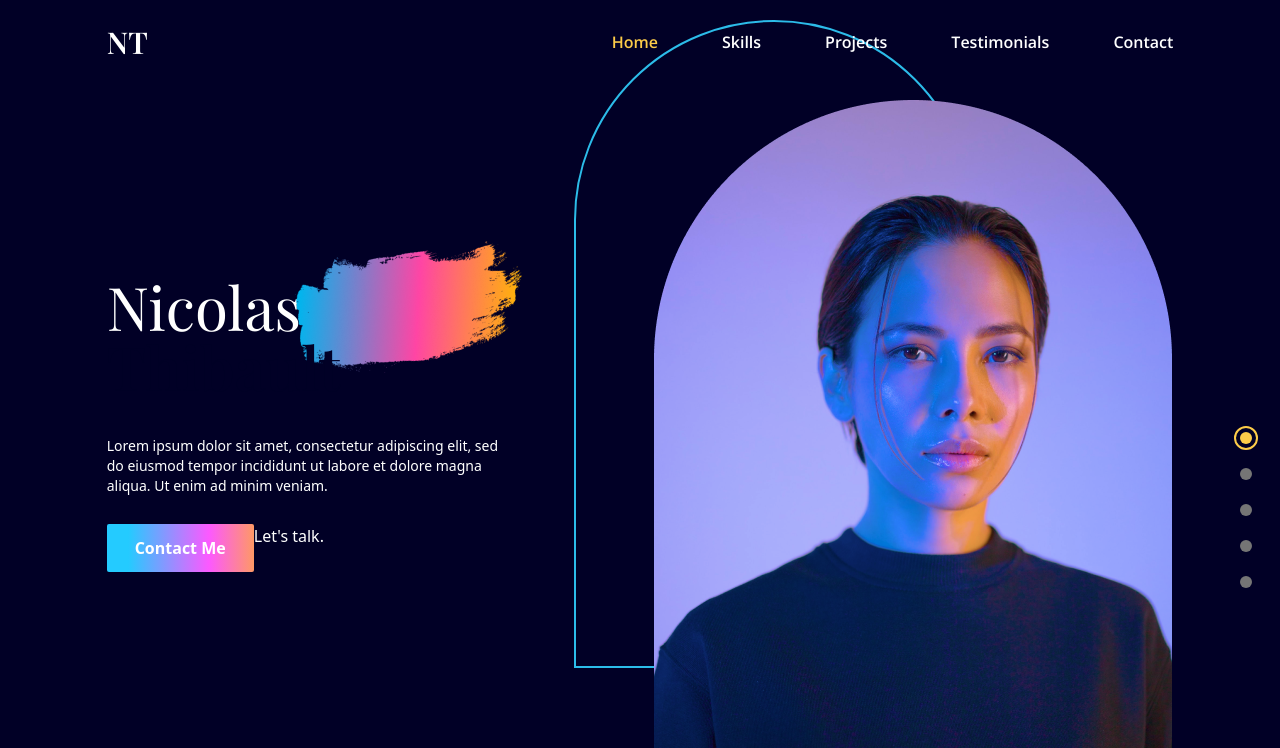
Repository: thibaultNicolas/portfolio-react
Page: /
These files come from the project's save history. The page is drawn as it stood at one moment and after a run of saves; the edit follows.
The browser window is 1280 px wide. The pictures show the whole page.
The project was rebuilt for these pictures with package versions that can differ from the ones it lists, and the page was loaded fresh each time. Also part of the build but not shown: next.config.ts.

Above is the page before, as saved 2023-01-08 10:49:14.

### public/index.html
<!DOCTYPE html>
<html lang="en">

<head>
  <meta charset="utf-8" />
  <link rel="icon" href="%PUBLIC_URL%/favicon.ico" />
  <meta name="viewport" content="width=device-width, initial-scale=1" />
  <meta name="theme-color" content="#000000" />
  <meta name="description" content="Web site created using create-react-app" />
  <link rel="apple-touch-icon" href="%PUBLIC_URL%/logo192.png" />
  <!--
      manifest.json provides metadata used when your web app is installed on a
      user's mobile device or desktop. See https://developers.google.com/web/fundamentals/web-app-manifest/
    -->
  <link rel="manifest" href="%PUBLIC_URL%/manifest.json" />
  <!--
      Notice the use of %PUBLIC_URL% in the tags above.
      It will be replaced with the URL of the `public` folder during the build.
      Only files inside the `public` folder can be referenced from the HTML.

      Unlike "/favicon.ico" or "favicon.ico", "%PUBLIC_URL%/favicon.ico" will
      work correctly both with client-side routing and a non-root public URL.
      Learn how to configure a non-root public URL by running `npm run build`.
    -->
  <title>React App</title>
  <link href="/public/output.css" rel="stylesheet">
</head>

<body>
  <noscript>You need to enable JavaScript to run this app.</noscript>
  <div id="root"></div>
  <!--
      This HTML file is a template.
      If you open it directly in the browser, you will see an empty page.

      You can add webfonts, meta tags, or analytics to this file.
      The build step will place the bundled scripts into the <body> tag.

      To begin the development, run `npm start` or `yarn start`.
      To create a production bundle, use `npm run build` or `yarn build`.
    -->
</body>

</html>

### src/index.css
@import url('https://fonts.googleapis.com/css2?family=Open+Sans:wght@400;600&family=Playfair+Display:wght@400;600&display=swap');

@tailwind base;
@tailwind components;
@tailwind utilities;

html,
body,
#root,
.app{
    height: 100%;
    background-color: #010026;
    @apply text-white;
}

### src/scenes/Navbar.jsx
import { useState } from 'react';
import AnchorLink from 'react-anchor-link-smooth-scroll';
import useMediaQuery from '../hooks/useMediaQuery';

const Link = ({ page, selectedPage, setSelectedPage }) => {
    const lowerCasePage = page.toLowerCase();
    return (
        <AnchorLink
            className={`${selectedPage === lowerCasePage ? 'text-yellow' : ''}
            hover:text-yellow transition duration-500`}
            href={`#${lowerCasePage}`}
            onClick={() => setSelectedPage(lowerCasePage)}
        >
            {page}
        </AnchorLink>
    );
};

const Navbar = ({ isTopOfPage, selectedPage, setSelectedPage }) => {
    const [isMenuToggled, setIsMenuToggled] = useState(false);
    const isAboveSmallScreens = useMediaQuery('(min-width:768px)');
    const navbarBackground = isTopOfPage ? "" : "bg-red";

    return (
        <nav className={`${navbarBackground} z-40 w-full fixed top-0 py-6`}>
            <div className="flex items-center justify-between mx-auto w-5/6">
                <h4 className="font-playfair text-3xl font-bold">NT</h4>

                {/* DESKTOP NAV */}
                {isAboveSmallScreens ? (
                    <div className="flex justify-between gap-16 font-openSans txt-sm font-semibold">
                        <Link
                            page="Home"
                            selectedPage={selectedPage}
                            setSelectedPage={setSelectedPage}
                        />
                        <Link
                            page="Skills"
                            selectedPage={selectedPage}
                            setSelectedPage={setSelectedPage}
                        />
                        <Link
                            page="Projects"
                            selectedPage={selectedPage}
                            setSelectedPage={setSelectedPage}
                        />
                        <Link
                            page="Testimonials"
                            selectedPage={selectedPage}
                            setSelectedPage={setSelectedPage}
                        />
                        <Link
                            page="Contact"
                            selectedPage={selectedPage}
                            setSelectedPage={setSelectedPage}
                        />
                    </div>
                ) : (
                    <button
                        className="rounded-full bg-red p-2"
                        onClick={() => setIsMenuToggled(!isMenuToggled)}
                    >
                        <img src="../assets/menu-icon.svg" alt="menu-icon" />
                    </button>
                )}

                {/* MOBILE MENU POPUP */}
                {!isAboveSmallScreens && isMenuToggled && (
                    <div className="fixed right-0 bottom-0 h-full bg-blue w-[300px]">
                        {/* CLOSE ICON */}
                        <div className="flex justify-end p-12">
                            <button
                                onClick={() => setIsMenuToggled(!isMenuToggled)}
                            >
                                <img
                                    src="../assets/close-icon.svg"
                                    alt="close-icon"
                                />
                            </button>
                        </div>
                        {/* MENU ITEMS */}
                        <div className="flex flex-col gap-10 ml-[33%] text-2xl text-deep-blue">
                            <Link
                                page="Home"
                                selectedPage={selectedPage}
                                setSelectedPage={setSelectedPage}
                            />
                            <Link
                                page="Skills"
                                selectedPage={selectedPage}
                                setSelectedPage={setSelectedPage}
                            />
                            <Link
                                page="Projects"
                                selectedPage={selectedPage}
                                setSelectedPage={setSelectedPage}
                            />
                            <Link
                                page="Testimonials"
                                selectedPage={selectedPage}
                                setSelectedPage={setSelectedPage}
                            />
                            <Link
                                page="Contact"
                                selectedPage={selectedPage}
                                setSelectedPage={setSelectedPage}
                            />
                        </div>
                    </div>
                )}
            </div>
        </nav>
    );
};

export default Navbar;

### src/scenes/DotGroup.jsx
import AnchorLink from 'react-anchor-link-smooth-scroll';
const DotGroup = ({ selectedPage, setSelectedPage }) => {
    const selectedStyles = `relative bg-yellow before:absolute before:w-6 before:h-6
    before:rounded-full before:border-2 before:border-yellow before:left-[-50%]
    before:top-[-50%]`;
    return (
        <div className="flex flex-col gap-6 fixed top-[60%] right-7">
            <AnchorLink
                className={`${selectedPage === 'home' ? selectedStyles : 'bg-dark-grey'}
            w-3 h-3 rounded-full`}
                href="#home"
                onClick={() => setSelectedPage('home')}
            />
            <AnchorLink
                className={`${selectedPage === 'skills' ? selectedStyles : 'bg-dark-grey'}
            w-3 h-3 rounded-full`}
                href="#skills"
                onClick={() => setSelectedPage('skills')}
            />
            <AnchorLink
                className={`${selectedPage === 'projects' ? selectedStyles : 'bg-dark-grey'}
            w-3 h-3 rounded-full`}
                href="#projects"
                onClick={() => setSelectedPage('projects')}
            />
            <AnchorLink
                className={`${selectedPage === 'testimonials' ? selectedStyles : 'bg-dark-grey'}
            w-3 h-3 rounded-full`}
                href="#testimonials"
                onClick={() => setSelectedPage('testimonials')}
            />
            <AnchorLink
                className={`${selectedPage === 'contact' ? selectedStyles : 'bg-dark-grey'}
            w-3 h-3 rounded-full`}
                href="#contact"
                onClick={() => setSelectedPage('contact')}
            />
        </div>
    );
};
export default DotGroup;

### src/scenes/Landing.jsx
import useMediaQuery from '../hooks/useMediaQuery';
import { motion } from 'framer-motion';
import AnchorLink from 'react-anchor-link-smooth-scroll';

const Landing = ({ setSelectedPage }) => {
    const isAboveMediumScreens = useMediaQuery('(min-width:1060px)');

    return (
        <section
            id="home"
            className="md:flex md:justify-between md:items-center md:h-full gap-16 py-10"
        >
            {/* IMAGE SECTION */}
            <div className="md:order-2 flex justify-center basis-3/5 z-10 mt-16 md:mt-32">
                {isAboveMediumScreens ? (
                    <div className="relative z-0 ml-20 before:absolute before:-top-20 before:-left-20 before:rounded-t-[400px] before:w-full before:max-w-[400px] before:h-full before:border-2 before:border-blue before:z-[-1]">
                        <img
                            src="assets/profile-image.png"
                            alt="profile"
                            className="hover:filter hover:saturate-200 transition duration-500 z-10 w-full max-w-[400px] md:max-w-[600px]"
                        />
                    </div>
                ) : (
                    <img
                        src="assets/profile-image.png"
                        alt="profile"
                        className="hover:filter hover:saturate-200 transition duration-500 z-10 w-full max-w-[400px] md:max-w-[600px]"
                    />
                )}
            </div>

            {/* MAIN SECTION */}
            <div className="z-30 basis-2/5 mt-12 md:mt-32">
                {/* HEADING SECTION */}
                <motion.div
                    initial="hidden"
                    whileInView="visible"
                    viewport={{ once: true, amount: 0.5 }}
                    transition={{ duration: 0.5 }}
                    variants={{
                        hidden: { opacity: 0, x: -50 },
                        visible: { opacity: 1, x: 0 },
                    }}
                >
                    <p className="text-6xl font-playfair z-10 text-center md:text-start">
                        Nicolas {''}
                        <span
                            className="xs:relative xs:text-deep-blue xs:font-semibold z-20
                        xs:before:content-brush before:absolute before:-left-[25px] before:-top-[70px] before:z-[-1]
                        "
                        >
                            Thibault
                        </span>
                    </p>
                    <p className="mt-10 mb-7 text-sm text-center md:text-start">
                        Lorem ipsum dolor sit amet, consectetur adipiscing elit,
                        sed do eiusmod tempor incididunt ut labore et dolore
                        magna aliqua. Ut enim ad minim veniam.
                    </p>
                </motion.div>

                {/* CALL TO ACTION */}
                <motion.div
                    className='flex mt-5 justify-center md:justify-start'
                    initial="hidden"
                    whileInView="visible"
                    viewport={{ once: true, amount: 0.5 }}
                    transition={{ delay:0.2, duration: 0.5 }}
                    variants={{
                        hidden: { opacity: 0, x: -50 },
                        visible: { opacity: 1, x: 0 },
                    }}
                >
                    <AnchorLink
                    className='bg-gradient-rainblue txt-deep-blue rounded-sm py-3 px-7 font-semibold hover:bg-blue hover:text-white transition duration-500'
                    onClick={()=> setSelectedPage("contact")}
                    href="#contact">
                        Contact Me
                    </AnchorLink>

                    <AnchorLink
                    className='rounded-r-sm'
                    onClick={()=> setSelectedPage("contact")}
                    href="#contact">
                        <div>
                            Let's talk.
                        </div>
                    </AnchorLink>
                </motion.div>
            </div>
        </section>
    );
};
export default Landing;

### src/hooks/useMediaQuery.jsx
import { useState, useEffect } from 'react';

const useMediaQuery = (query) => {
    const [matches, setMatches] = useState(false);

    useEffect(() => {
        const media = window.matchMedia(query);
        if (media.matches !== matches) {
            setMatches(media.matches);
        }
        const listener = () => setMatches(media.matches);
        window.addEventListener('resize', listener);
        return () => window.removeEventListener('resize', listener);
    }, [matches, query]);

    return matches;
};

export default useMediaQuery;

Loaded but not shown: src/index.js (common file); src/App.js (37 lines, source omitted); tailwind.config.js (41 lines, source omitted); public/output.css (740 lines, source omitted)

After the next 7 saves:
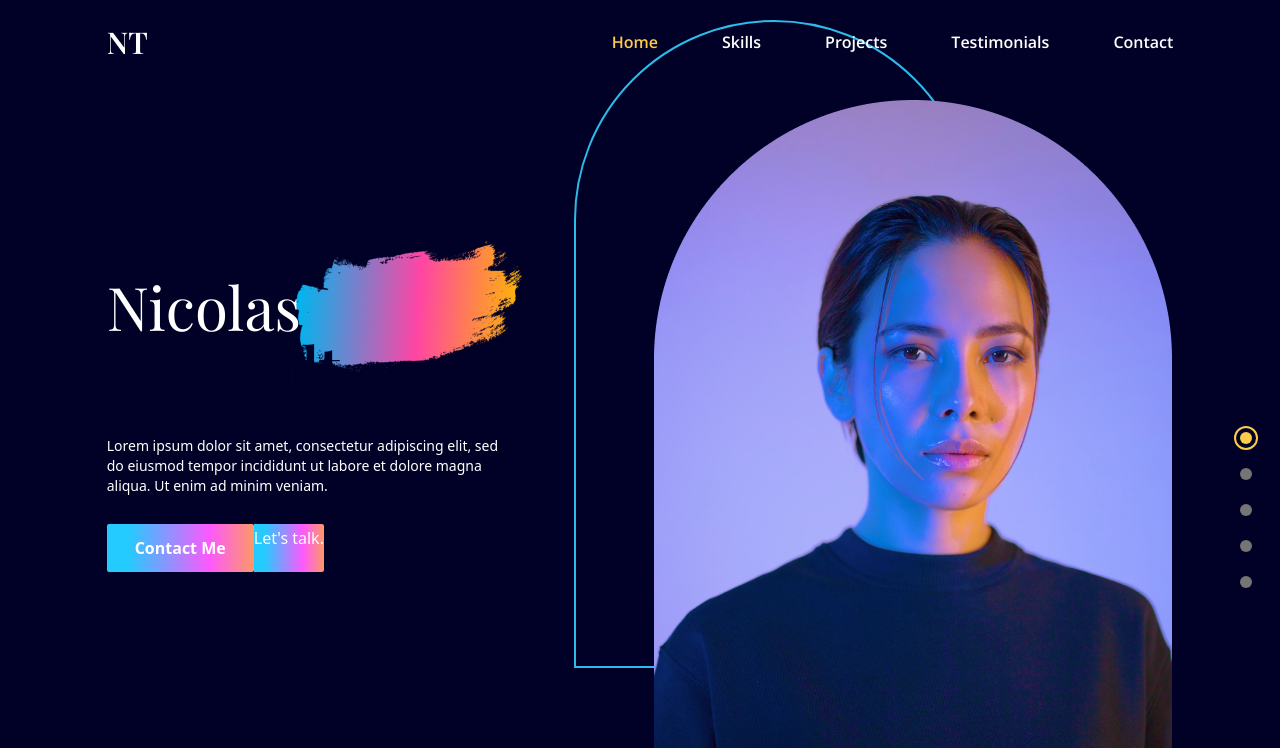
The 7 saves are shown as one change because they came seconds apart.
The last was saved 26 s later.
--- a/src/scenes/Landing.jsx
+++ b/src/scenes/Landing.jsx
@@ -79,7 +79,7 @@ const Landing = ({ setSelectedPage }) => {
                     </AnchorLink>
 
                     <AnchorLink
-                    className='rounded-r-sm'
+                    className='rounded-r-sm bg-gradient-rainblue py-0.5'
                     onClick={()=> setSelectedPage("contact")}
                     href="#contact">
                         <div>
